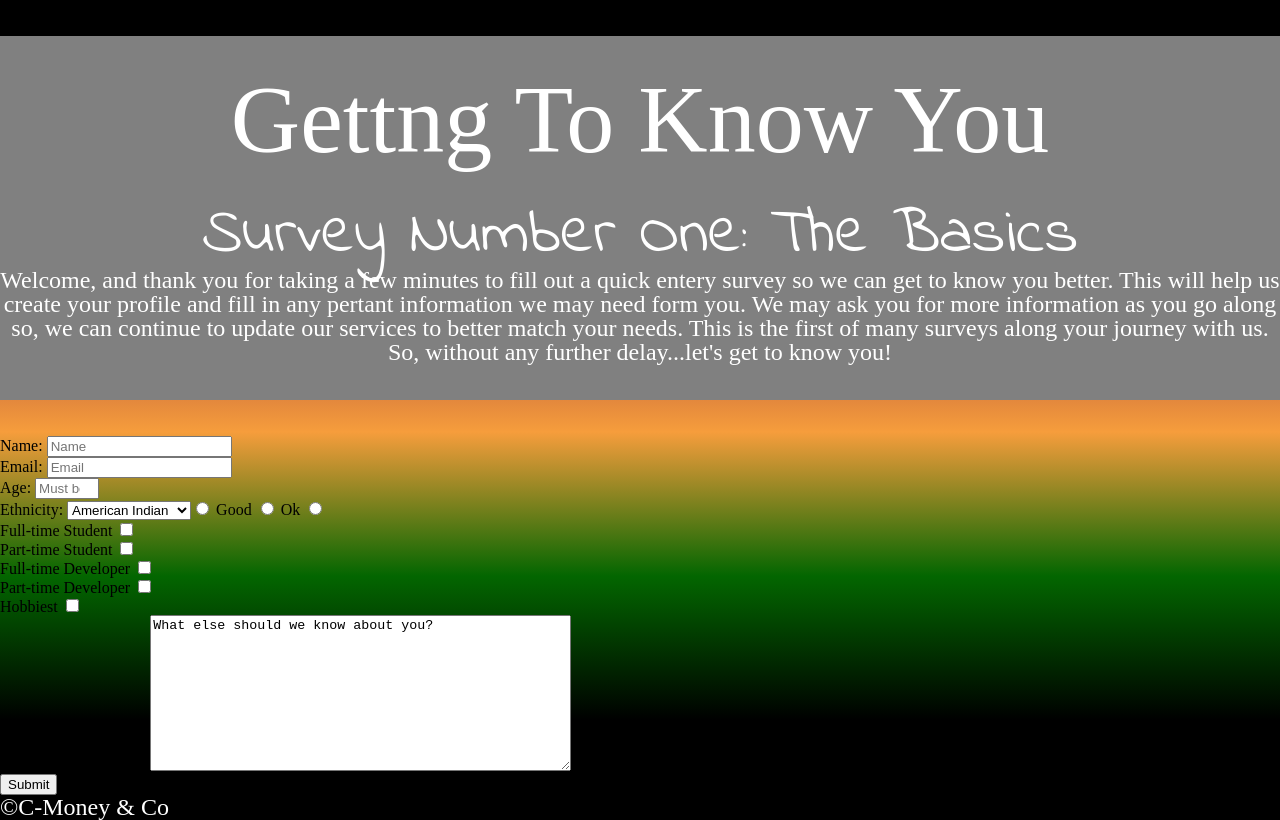
Repository: ctcoleman/surveyForm
Page: index.html
These files come from the project's save history. The page is drawn as it stood at one moment and after a run of saves; the edit follows.
The browser window is 1280 px wide. The pictures show the whole page.
Some web fonts or font styles are not loaded; a fallback is used.

Above is the page before, as saved 2020-06-29 11:04:17.

After the next 2 saves:
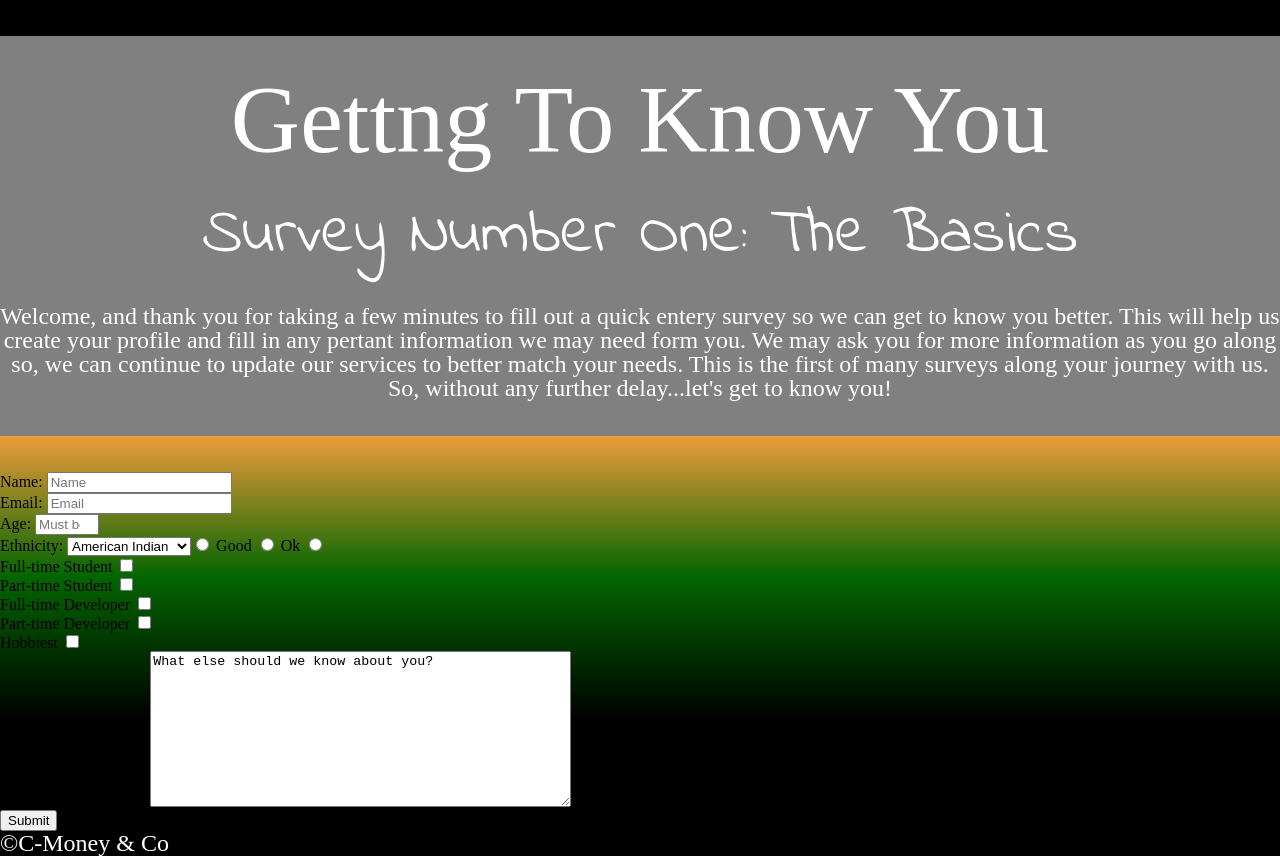
The 2 saves are shown as one change because they came seconds apart.
The last was saved 11 s later.
--- a/assets/stylesheets/index.css
+++ b/assets/stylesheets/index.css
@@ -98,7 +98,7 @@ header {
   margin-bottom: 5vh;
 }
 #surveyNumber {
-
+  margin-bottom: 5vh;
 }
 /*
 === Basic Form Styling ===
